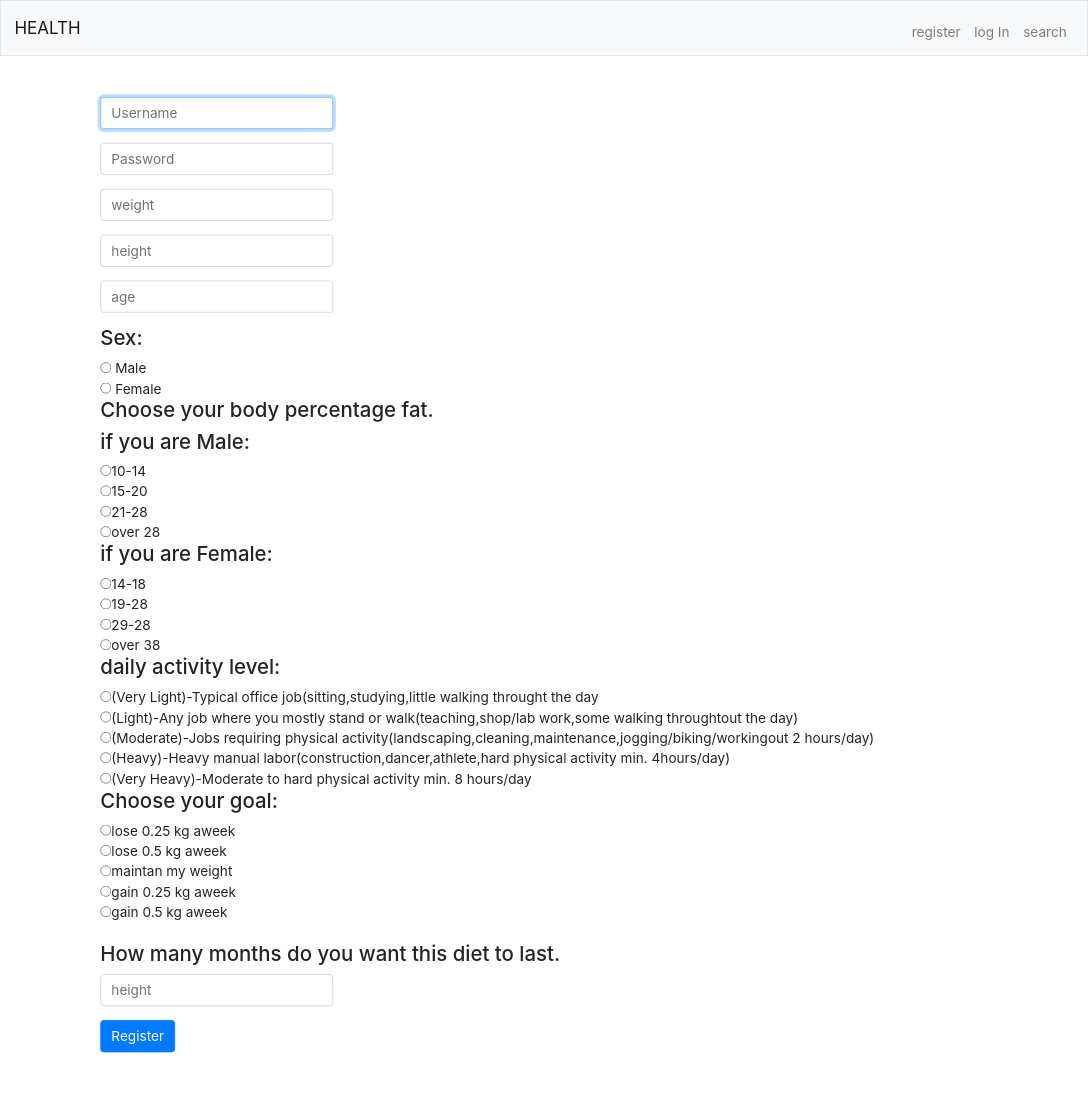
Repository: bahgaat/cs50
Page: http://localhost/register
The author's editor kept a record of every edit. The page is drawn from the files as they stood at one moment, then again after the next edit.
The browser window is 1280 px wide. The pictures show the whole page, at 85% of full size.
The page is served by the project's application, run on Flask 3 (applications.py). Other server files are loaded and not shown.

Above is the page before.

### templates/register.html
{% extends "layout.html" %}

{% block title %}
     Register
{% endblock %}

{% block main %}


     <form id="register" action = "/register"  method="POST">
         <div class="form-group">
             <input id="username" autocomplete="off" autofocus class="form-control" name="username"  placeholder="Username" type="text">
         </div>
         <div class="form-group">
             <input class="form-control" name="password" placeholder="Password" type="password">
         </div>
         <div class="form-group">
             <input class="form-control" name="weight" placeholder="weight" type="text">
         </div>
         <div class="form-group">
             <input class="form-control" name="height" placeholder="height" type="text"><br>
         </div>
         <div class="form-group">
              <input class="form-control" name="age" placeholder="age" type="text">
          </div>
          <div>
              <h4>Sex:</h4>
              <input id="male" type="radio" name="gender" value="male" > Male<br>
              <input id="female" type="radio" name="gender" value="female"> Female<br>
          </div>
          <div>
              <h4>Choose your body percentage fat.</h4>
              <h4>if you are Male:</h4>
              <input id="10-14" type="radio" name="bodyfat" value="10-14">10-14<br>
              <input id="15-20" type="radio" name="bodyfat" value="15-20">15-20<br>
              <input id="21-28" type="radio" name="bodyfat" value="21-28">21-28<br>
              <input id="over28" type="radio" name="bodyfat" value="over28">over 28<br>
              <h4>if you are Female:</h4>
              <input id="14-18" type="radio" name="bodyfat" value="14-18">14-18<br>
              <input id="19-28" type="radio" name="bodyfat" value="19-28">19-28<br>
              <input id="29-38" type="radio" name="bodyfat" value="29-38">29-28<br>
              <input id="over38" type="radio" name="bodyfat" value="over38">over 38<br>
          </div>

          <div>
              <h4>daily activity level:</h4>
              <input id="verylight" type="radio" name="activity" value="verylight" >(Very Light)-Typical office job(sitting,studying,little walking throught the day<br>
              <input id="light" type="radio" name="activity" value="light">(Light)-Any job where you mostly stand or walk(teaching,shop/lab work,some walking throughtout the day) <br>
              <input id="moderate" type="radio" name="activity" value="moderate" >(Moderate)-Jobs requiring physical activity(landscaping,cleaning,maintenance,jogging/biking/workingout 2 hours/day)<br>
              <input id="heavy" type="radio" name="activity" value="heavy">(Heavy)-Heavy manual labor(construction,dancer,athlete,hard physical activity min. 4hours/day)<br>
              <input id="veryheavy" type="radio" name="activity" value="veryheavy">(Very Heavy)-Moderate to hard physical activity min. 8 hours/day<br>
          </div>
          <div>
              <h4>Choose your goal:</h4>
              <input id="losekg" type="radio" name="goal" value="lose">lose 0.25 kg aweek<br>
              <input id="losekgs"  type="radio" name="goal" value="lose0.5kg">lose 0.5 kg aweek<br>
              <input id="maintainmyweight" type="radio" name="goal" value="maintainmyweight">maintan my weight<br>
              <input id="gainkg" type="radio" name="goal" value="gain0.25kg">gain 0.25 kg aweek<br>
              <input id="gainkgs" type="radio" name="goal" value="gain0.5kg">gain 0.5 kg aweek<br>
          </div>
          <br>
          <div>
              <h4>How many months do you want this diet to last.</h4>
          <div class="form-group">
             <input class="form-control" name="height" placeholder="height" type="text"><br>
         </div>
          </div>

         <button  id="register" class="btn btn-primary" type="submit">Register</button></a>
     </form>

{% endblock %}

### templates/layout.html
<!DOCTYPE html>

<html lang="en">

    <head>

        <!-- Required meta tags -->
        <meta charset="utf-8">
        <meta name="viewport" content="width=device-width, initial-scale=1, shrink-to-fit=no">

        <!-- documentation at http://getbootstrap.com/docs/4.1/, alternative themes at https://bootswatch.com/ -->
        <link href="https://maxcdn.bootstrapcdn.com/bootstrap/4.1.3/css/bootstrap.min.css" rel="stylesheet">

        <!-- https://favicon.io/emoji-favicons/money-mouth-face/ -->
        <link href="/static/favicon.ico" rel="icon">

        <link href="/static/styles.css" rel="stylesheet">

        <script src="https://code.jquery.com/jquery-3.3.1.min.js"></script>
        <script src="https://cdnjs.cloudflare.com/ajax/libs/popper.js/1.14.3/umd/popper.min.js"></script>
        <script src="https://maxcdn.bootstrapcdn.com/bootstrap/4.1.3/js/bootstrap.min.js"></script>

        <title>Health: {% block title %}{% endblock %}</title>

    </head>

    <body>

        <nav class="navbar navbar-expand-md navbar-light bg-light border">
            <a class="navbar-brand" href="/"><span class="blue" >HEALTH</span></a>
            <button aria-controls="navbar" aria-expanded="false" aria-label="Toggle navigation" class="navbar-toggler" data-target="#navbar" data-toggle="collapse" type="button">
                <span class="navbar-toggler-icon"></span>
            </button>
            <div class="collapse navbar-collapse" id="navbar">
                {% if session.user_id %}
                    <ul class="navbar-nav mr-auto mt-2">
                        <li class="nav-item"><a class="nav-link" href="/history">history</a></li>
                        <li class="nav-item"><a class="nav-link" href="/diet">diet</a></li>

                    </ul>
                    <ul class="navbar-nav ml-auto mt-2">
                        <li class="nav-item"><a class="nav-link" href="/logout">Log Out</a></li>
                    </ul>
                {% else %}
                    <ul class="navbar-nav ml-auto mt-2">
                        <li class="nav-item"><a class="nav-link" href="/register">register</a></li>
                        <li class="nav-item"><a class="nav-link" href="/login">log In</a></li>
                        <li class="nav-item"><a class="nav-link" href="/search">search</a></li>
                    </ul>
                {% endif %}
            </div>
        </nav>

        {% if get_flashed_messages() %}
            <header>
                <div class="alert alert-primary border text-center" role="alert">
                    {{ get_flashed_messages() | join(" ") }}
                </div>
            </header>
        {% endif %}

        <main class="container p-5">
            {% block main %}{% endblock %}
        </main>


    </body>

</html>

### static/styles.css
nav .nav-brand
{
    font-size: xx-large;
}

nav .nav-brand .blue
{
    color: #537fbe;
}

main .form-control
{
    display: inline-block;
    width: auto;
}

main
{
    overflow-x: auto;
    text-align:left;
}

main img
{
    max-width:100%;
}

.food
{
    text-align:left;
}

#quantity
{
    text-align:left;
}

.Meal
{
    text-align:left;
}

.mb-3
{
    text-align: center;
}

Loaded but not shown: applications.py (1381 lines, source omitted)

After the next edit:
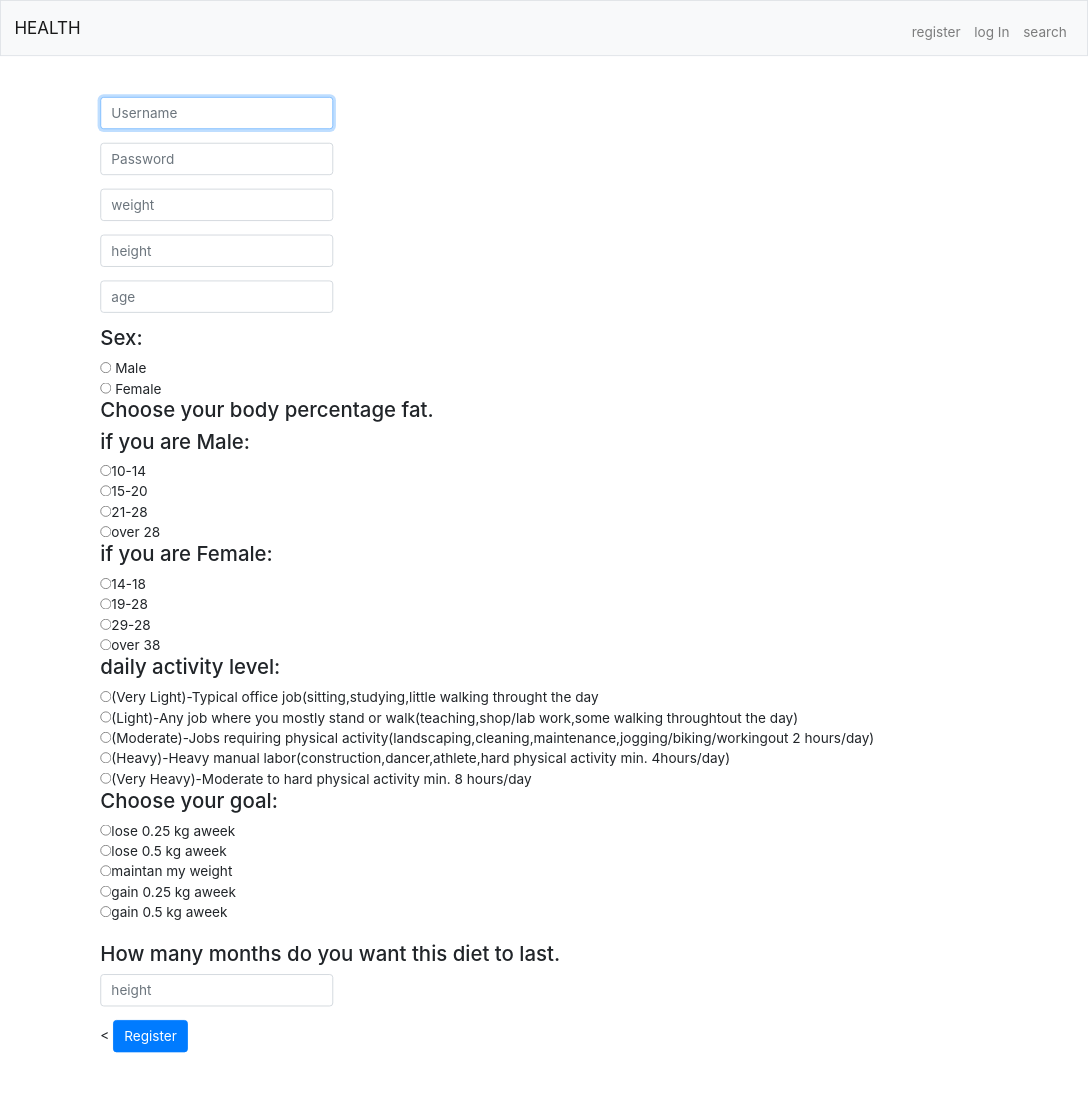
The edit:
--- a/templates/register.html
+++ b/templates/register.html
@@ -63,8 +63,8 @@
               <h4>How many months do you want this diet to last.</h4>
           <div class="form-group">
              <input class="form-control" name="height" placeholder="height" type="text"><br>
-         </div>
           </div>
+          <
 
          <button  id="register" class="btn btn-primary" type="submit">Register</button></a>
      </form>
